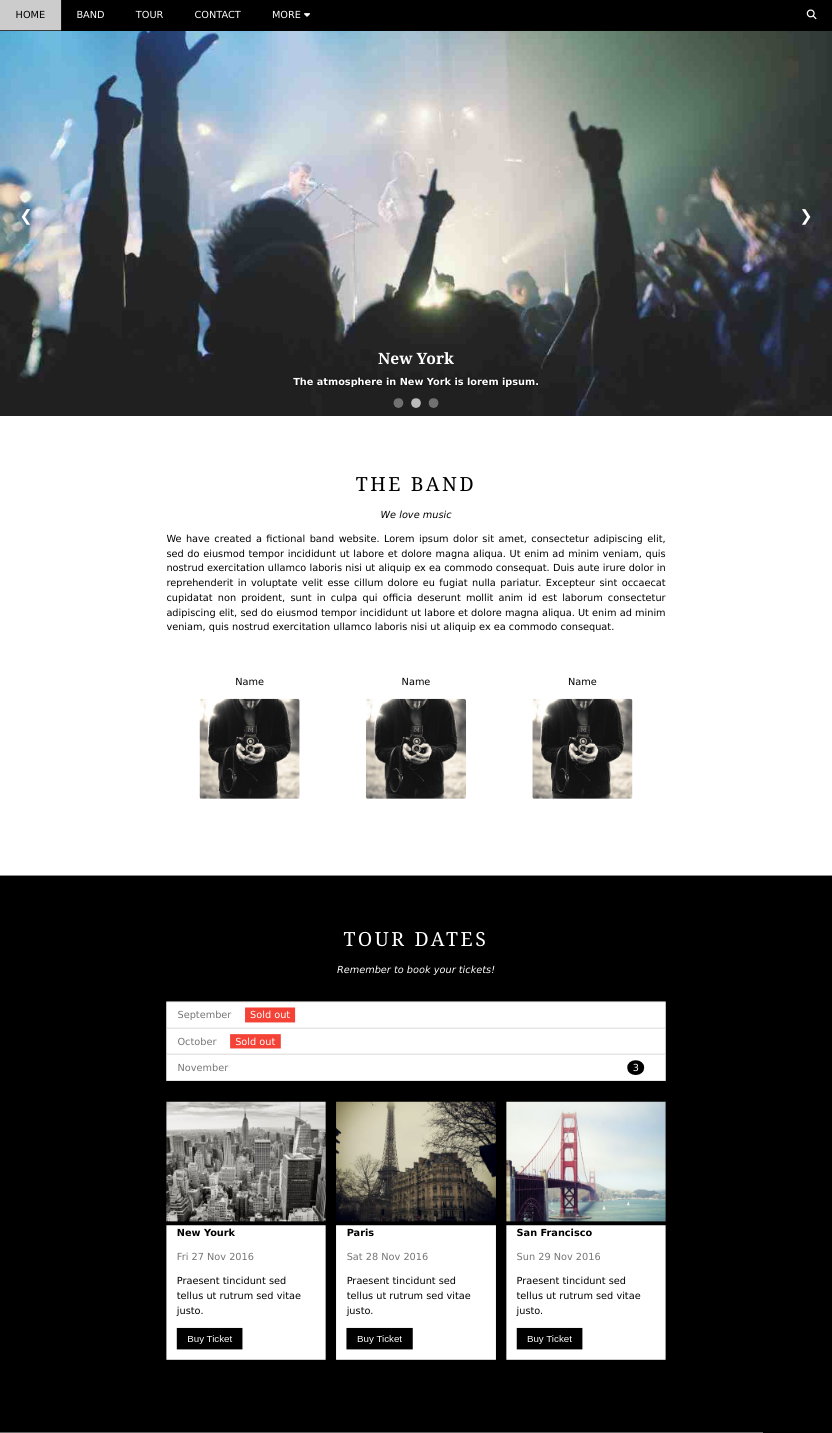
Repository: tam1512/The-Band
Page: index.html
An editor plug-in stored every save of this project. The page is shown before and after the next save, followed by the edit.
The browser window is 1280 px wide. The pictures show the whole page, at 65% of full size.
Some web libraries are served in a nearby version.

Above is the page before, as saved 2022-07-24 09:10:31.

After the next save:
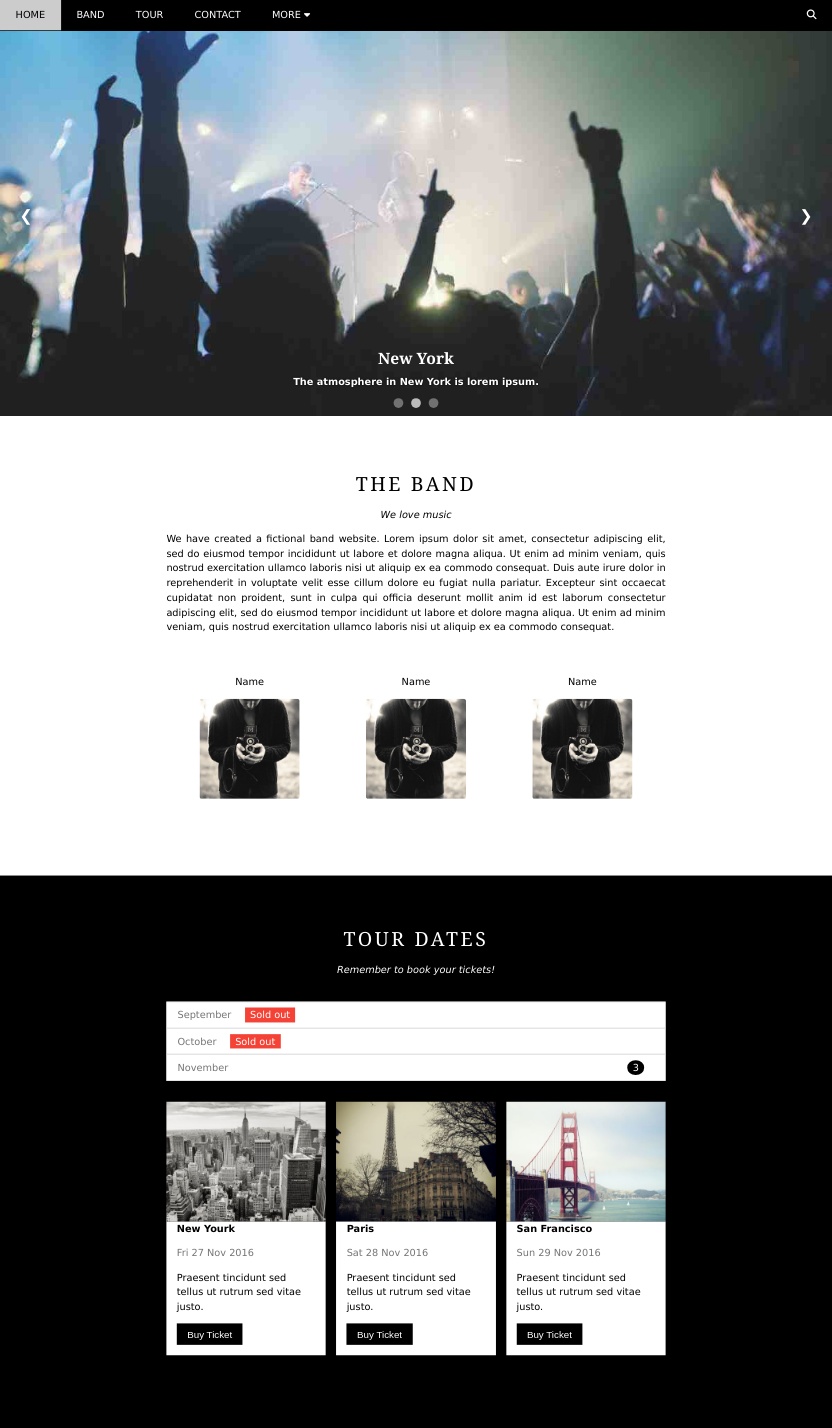
Saved 96 s later.
--- a/assets/css/style.css
+++ b/assets/css/style.css
@@ -376,6 +376,7 @@ li.header_nav_dropdown {
 
 .ticket-img {
   width: 100%;
+  vertical-align: middle;
 }
 
 .ticket-content {
